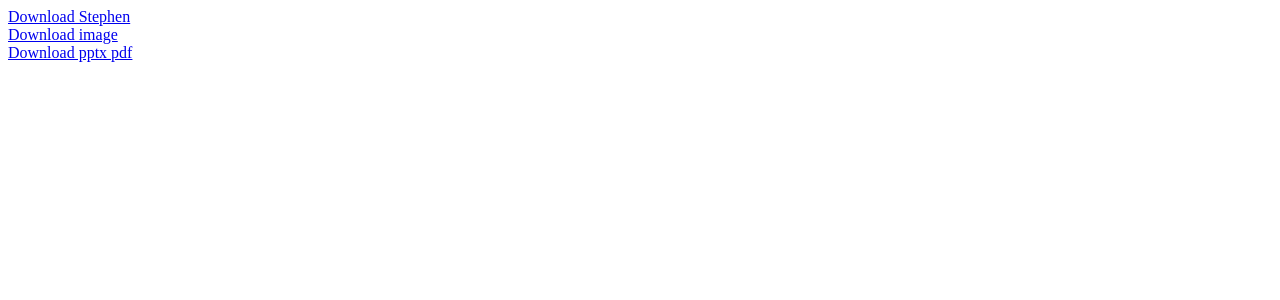
Repository: GourabIX/Java_FSD
Page: Assignment/restful_web_service/WebServiceClientWebApp/src/main/webapp/download.html
The author's editor kept a copy of each file at every save. The page is drawn from the files as they stood at one save, then again after the next save.
The browser window is 1280 px wide. The pictures show the whole page.

Above is the page before, as saved 2019-10-03 13:55:07.

### Assignment/restful_web_service/WebServiceClientWebApp/src/main/webapp/download.html
<!DOCTYPE html>
<html>
<head>
<meta charset="ISO-8859-1">
<title>Download page</title>
</head>
<body>

<a href="http://localhost:8080/HelloWebService/zenrestfulws/download/text">Download Stephen</a><br />
<a href="http://localhost:8080/HelloWebService/zenrestfulws/download/image">Download image</a><br />
<a href="http://localhost:8080/HelloWebService/zenrestfulws/download/pdf">Download pptx pdf</a><br />

</body>
</html>

After the next save:
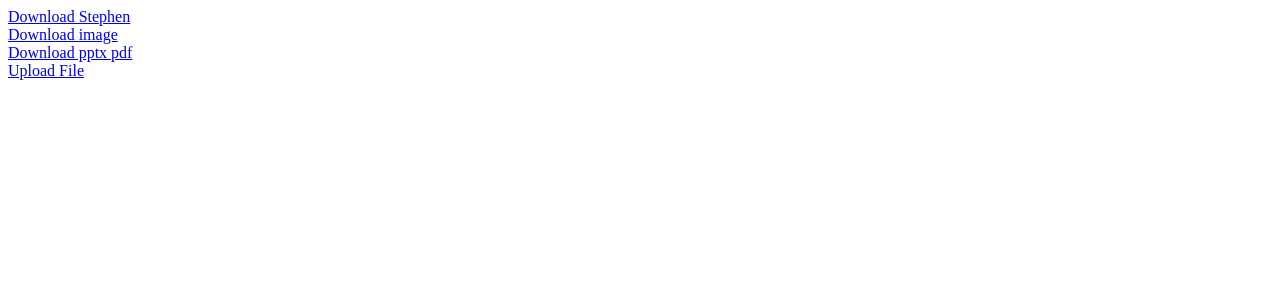
Saved 77 s later.
--- a/Assignment/restful_web_service/WebServiceClientWebApp/src/main/webapp/download.html
+++ b/Assignment/restful_web_service/WebServiceClientWebApp/src/main/webapp/download.html
@@ -9,6 +9,7 @@
 <a href="http://localhost:8080/HelloWebService/zenrestfulws/download/text">Download Stephen</a><br />
 <a href="http://localhost:8080/HelloWebService/zenrestfulws/download/image">Download image</a><br />
 <a href="http://localhost:8080/HelloWebService/zenrestfulws/download/pdf">Download pptx pdf</a><br />
+<a href="http://localhost:8080/HelloWebService/zenrestfulws/upload">Upload File</a><br />
 
 </body>
 </html>
